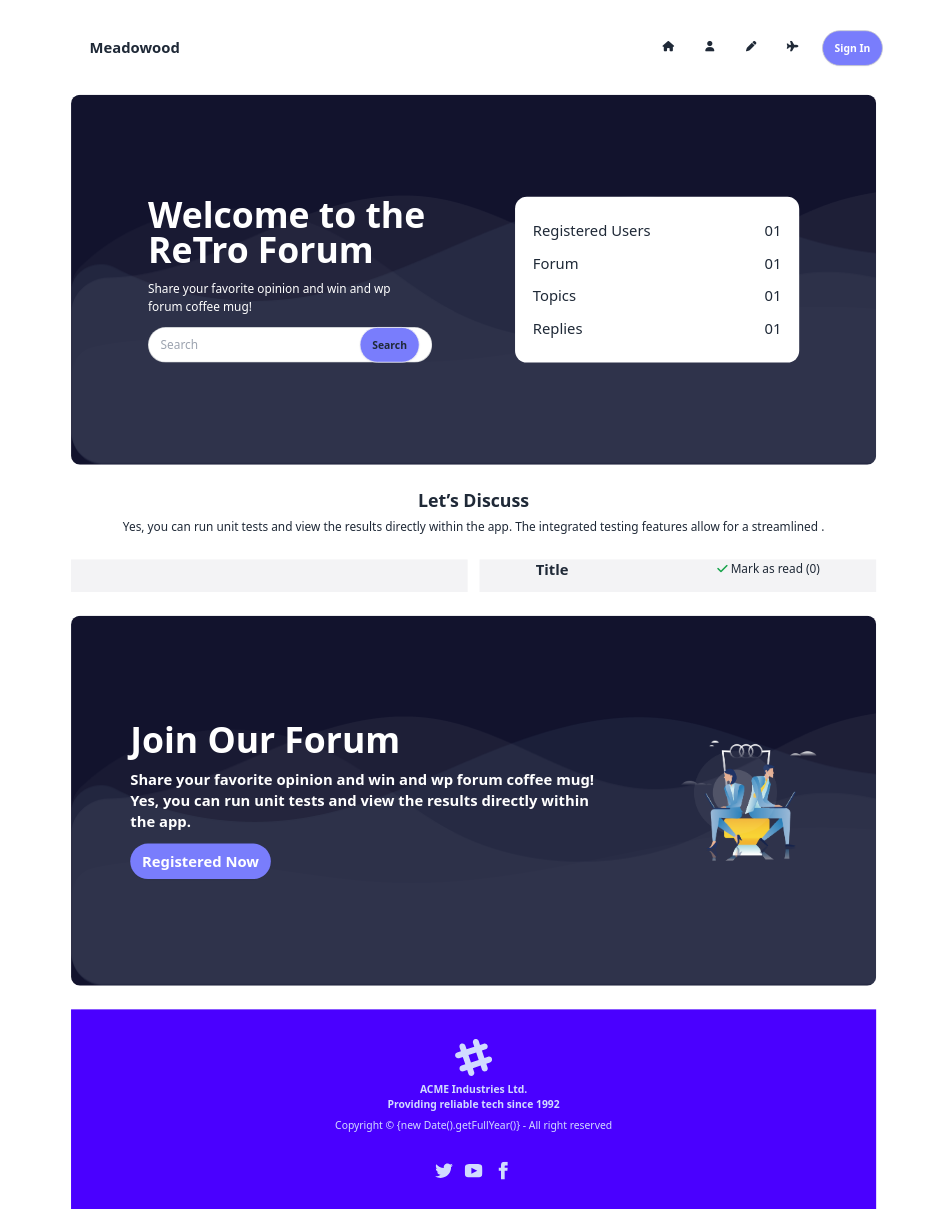
Repository: RudrasahaDibos/Meadowood-Forum
Page: index.html
The author's editor kept a copy of each file at every save. The page is drawn from the files as they stood at one save, then again after a run of saves.
The browser window is 1280 px wide. The pictures show the whole page, at 74% of full size.
The page's requests for data from a server got no answer. Some web libraries are served in a nearby version.

Above is the page before, as saved 2024-11-25 11:09:17.

### index.html
<!DOCTYPE html>
<html lang="en">
    <head>
        <meta charset="UTF-8">
        <meta name="viewport" content="width=device-width, initial-scale=1.0">
        <title>Meadowood Forum</title>

        <!-- tailwind  -->
        <link
            href="https://cdn.jsdelivr.net/npm/daisyui@4.12.14/dist/full.min.css"
            rel="stylesheet" type="text/css" />
        <script src="https://cdn.tailwindcss.com"></script>

        <!-- font awesome  -->
        <link rel="stylesheet"
            href="https://cdnjs.cloudflare.com/ajax/libs/font-awesome/6.7.1/css/all.min.css"
            integrity="sha512-5Hs3dF2AEPkpNAR7UiOHba+lRSJNeM2ECkwxUIxC1Q/FLycGTbNapWXB4tP889k5T5Ju8fs4b1P5z/iB4nMfSQ=="
            crossorigin="anonymous" referrerpolicy="no-referrer" />

    </head>
    <body class="container mx-auto lg:px-24 px-8">
        <!-- header is start here  -->
        <header class="mt-8">
            <!-- navbar is start here  -->
            <div class="navbar bg-base-100">
                <div class="flex-1">
                    <a class="btn btn-ghost text-xl">Meadowood</a>
                </div>
                <div class="flex-none">
                    <div class="dropdown dropdown-end mr-6">
                        <div role="button"
                            class="btn btn-ghost btn-circle flex w-full  ">
                            <div
                                class="indicator rounded-full border-1 h-8 w-8 mr-4 tooltip"
                                data-tip="home">
                                <i
                                    class="fa-solid fa-house h-5 w-5 mx-auto mt-2"></i>
                            </div>
                            <div
                                class="indicator rounded-full border-1 h-8 w-8 mr-4 tooltip"
                                data-tip="User">
                                <i
                                    class="fa-solid fa-user h-5 w-5 mx-auto mt-2"></i>
                            </div>
                            <div
                                class="indicator rounded-full border-1 h-8 w-8 mr-4 tooltip"
                                data-tip="pen">
                                <i
                                    class="fa-solid fa-pen h-5 w-5 mx-auto mt-2"></i>
                            </div>
                            <div
                                class="indicator rounded-full border-1 h-8 w-8 mr-4 tooltip"
                                data-tip="flight">
                                <i
                                    class="fa-solid fa-plane h-5 w-5 mx-auto mt-2"></i>
                            </div>
                        </div>

                    </div>
                    <div class="dropdown dropdown-end">
                        <div tabindex="0" role="button"
                            class="btn btn-ghost btn-circle avatar">

                            <button
                                class="btn btn-active bg-[#797DFC] text-white rounded-full ">Sign
                                In</button>

                        </div>
                        <ul
                            tabindex="0"
                            class="menu menu-sm dropdown-content bg-base-100 rounded-box z-[1] mt-3 w-52 p-2 shadow">
                            <li>
                                <a class="justify-between">
                                    Profile
                                    <span class="badge">New</span>
                                </a>
                            </li>
                            <li><a>Settings</a></li>
                            <li><a>Logout</a></li>
                        </ul>
                    </div>
                </div>
            </div>
            <!-- navbar is  end here  -->

            <!-- bannner start here  -->
            <div
                class="lg:w-full w-[450px] relative bg-no-repeat bg-cover h-[500px] z-0 rounded-xl overflow-hidden mt-8 bg-[#12132D]"
                style="background-image: url('/images/bgbanner.png');">
                <div
                    class="relative top-0 left-0 w-full h-full z-10  flex lg:flex-row flex-col justify-center items-center gap-28 ">

                    <div class="lg:space-y-4 space-y-2 lg:mt-0 mt-20">
                        <h2
                            class="lg:text-5xl text-xl font-extrabold font-manrope text-white">Welcome
                            to the <br> ReTro Forum</h2>
                        <p class="text-white">Share your favorite opinion and
                            win and wp <br> forum coffee mug!</p>
                        <label
                            class="input input-bordered flex items-center gap-2 w-96 rounded-full">
                            <input type="text" class="grow"
                                placeholder="Search" />
                            <button
                                class="btn bg-[#797DFC] rounded-full">Search</button>
                        </label>
                    </div>

                    <div
                        class="menu bg-[#FFFFFF] rounded-box w-96 h-56 lg:mb-0 mb-20">
                        <div class="p-4 space-y-4 mt-2 ">

                            <div class="flex justify-between"><a
                                    class="text-xl ">Registered Users</a><a
                                    class="text-xl ">01</a></div>
                            <div class="flex justify-between"><a
                                    class="text-xl ">Forum</a><a
                                    class="text-xl">01</a></div>
                            <div class="flex justify-between"><a
                                    class="text-xl ">Topics</a><a
                                    class="text-xl">01</a></div>
                            <div class="flex justify-between"><a
                                    class="text-xl ">Replies</a><a
                                    class="text-xl ">01</a></div>
                        </div>
                    </div>

                </div>
            </div>
            <!-- bannner end here  -->

        </header>
        <!-- header is end here  -->

        <!-- main is start here  -->
        <main class="">
            <!-- Let’s Discuss  starts here  -->
           <div class="ml-4 lg:ml-0">
            <h1 class="text-2xl text-center font-semibold mt-8">Let’s Discuss</h1>
            <p class="text-center mx-auto mt-2 ">Yes, you can run unit tests and view the results directly within
                the app. The integrated testing features allow for a streamlined
                .</p>
           </div>
            <!-- Let’s Discuss start here -->
            <section class="mt-8">
                <!-- card start here -->
                    <div class="flex gap-4 flex-col lg:flex-row  ">
                        <div  id="card-conatiner" class="space-y-4 bg-[#F3F3F5] lg:w-full  w-[450px]  ">


                        </div>

                        <!-- card ends here -->

                        <div class="space-y-4 bg-[#F3F3F5] lg:w-full w-96 flex flex-col  items-center ">
                             <div class="flex gap-4 justify-between w-96">
                                <p class="text-xl font-bold">Title</p>
                                <p ><i class="fa-solid fa-check text-green-600"></i> Mark as read (<span id="mark-read">0</span>)</p>
                             </div>
                            <div id="secondcard-container" class="space-y-4 bg-[#F3F3F5] lg:w-full  w-[450px] ">


                                 <div>

                                 </div>


                              </div>


                        </div>
                    </div>
                    <!-- card end here -->
            </section>

                 <!-- resgistart start here  -->
                       <section class="mt-8">
                        <div
                        class="lg:w-full w-[450px] relative bg-no-repeat bg-cover h-[500px] z-0 rounded-xl overflow-hidden mt-8 bg-[#12132D] p-20"
                        style="background-image: url('/images/bgbanner.png');">
                        <div
                            class="relative top-0 left-0 w-full h-full z-10  flex lg:flex-row flex-col justify-center items-center gap-28 ">

                            <div class="lg:space-y-4 space-y-2 lg:mt-0 mt-24">
                                <h2
                                    class="lg:text-5xl text-xl font-extrabold font-manrope text-white">Join Our Forum</h2>
                                <p class="text-white text-xl font-bold ">Share your favorite opinion and win and wp forum coffee mug! Yes, you can  run unit tests and view the results directly within the app. </p>


                                    <button
                                        class="btn bg-[#797DFC] rounded-full text-white border-none  mx-auto text-xl ">Registered Now</button>

                            </div>

                            <div
                                class="">
                                 <img src="images/joinforum.png" alt="">
                            </div>

                        </div>
                    </div>
                       </section>

                 <!-- registart end here -->

                <!-- latest card  startt here -->
                 <section class="mt-8">

                  <div id="latest-card" class="grid lg:grid-cols-3 grid-cols-1">

                  </div>
                 </section>

                <!-- latest crd end here -->


        </main>
        <!-- main is end here  -->

        <!-- footer is start here  -->
        <footer class="footer footer-center bg-primary text-primary-content p-10">
            <aside>
              <svg
                width="50"
                height="50"
                viewBox="0 0 24 24"
                xmlns="http://www.w3.org/2000/svg"
                fill-rule="evenodd"
                clip-rule="evenodd"
                class="inline-block fill-current">
                <path
                  d="M22.672 15.226l-2.432.811.841 2.515c.33 1.019-.209 2.127-1.23 2.456-1.15.325-2.148-.321-2.463-1.226l-.84-2.518-5.013 1.677.84 2.517c.391 1.203-.434 2.542-1.831 2.542-.88 0-1.601-.564-1.86-1.314l-.842-2.516-2.431.809c-1.135.328-2.145-.317-2.463-1.229-.329-1.018.211-2.127 1.231-2.456l2.432-.809-1.621-4.823-2.432.808c-1.355.384-2.558-.59-2.558-1.839 0-.817.509-1.582 1.327-1.846l2.433-.809-.842-2.515c-.33-1.02.211-2.129 1.232-2.458 1.02-.329 2.13.209 2.461 1.229l.842 2.515 5.011-1.677-.839-2.517c-.403-1.238.484-2.553 1.843-2.553.819 0 1.585.509 1.85 1.326l.841 2.517 2.431-.81c1.02-.33 2.131.211 2.461 1.229.332 1.018-.21 2.126-1.23 2.456l-2.433.809 1.622 4.823 2.433-.809c1.242-.401 2.557.484 2.557 1.838 0 .819-.51 1.583-1.328 1.847m-8.992-6.428l-5.01 1.675 1.619 4.828 5.011-1.674-1.62-4.829z"></path>
              </svg>
              <p class="font-bold">
                ACME Industries Ltd.
                <br />
                Providing reliable tech since 1992
              </p>
              <p>Copyright © {new Date().getFullYear()} - All right reserved</p>
            </aside>
            <nav>
              <div class="grid grid-flow-col gap-4">
                <a>
                  <svg
                    xmlns="http://www.w3.org/2000/svg"
                    width="24"
                    height="24"
                    viewBox="0 0 24 24"
                    class="fill-current">
                    <path
                      d="M24 4.557c-.883.392-1.832.656-2.828.775 1.017-.609 1.798-1.574 2.165-2.724-.951.564-2.005.974-3.127 1.195-.897-.957-2.178-1.555-3.594-1.555-3.179 0-5.515 2.966-4.797 6.045-4.091-.205-7.719-2.165-10.148-5.144-1.29 2.213-.669 5.108 1.523 6.574-.806-.026-1.566-.247-2.229-.616-.054 2.281 1.581 4.415 3.949 4.89-.693.188-1.452.232-2.224.084.626 1.956 2.444 3.379 4.6 3.419-2.07 1.623-4.678 2.348-7.29 2.04 2.179 1.397 4.768 2.212 7.548 2.212 9.142 0 14.307-7.721 13.995-14.646.962-.695 1.797-1.562 2.457-2.549z"></path>
                  </svg>
                </a>
                <a>
                  <svg
                    xmlns="http://www.w3.org/2000/svg"
                    width="24"
                    height="24"
                    viewBox="0 0 24 24"
                    class="fill-current">
                    <path
                      d="M19.615 3.184c-3.604-.246-11.631-.245-15.23 0-3.897.266-4.356 2.62-4.385 8.816.029 6.185.484 8.549 4.385 8.816 3.6.245 11.626.246 15.23 0 3.897-.266 4.356-2.62 4.385-8.816-.029-6.185-.484-8.549-4.385-8.816zm-10.615 12.816v-8l8 3.993-8 4.007z"></path>
                  </svg>
                </a>
                <a>
                  <svg
                    xmlns="http://www.w3.org/2000/svg"
                    width="24"
                    height="24"
                    viewBox="0 0 24 24"
                    class="fill-current">
                    <path
                      d="M9 8h-3v4h3v12h5v-12h3.642l.358-4h-4v-1.667c0-.955.192-1.333 1.115-1.333h2.885v-5h-3.808c-3.596 0-5.192 1.583-5.192 4.615v3.385z"></path>
                  </svg>
                </a>
              </div>
            </nav>
          </footer>
        <!-- footer is end here  -->
         <script src="app.js"></script>
    </body>
</html>

### app.js
const loadforum = async() =>{
    const res = await fetch('https://openapi.programming-hero.com/api/retro-forum/posts')
    const data =await res.json()
    const CardContainer = document.getElementById('card-conatiner')

    data.posts.forEach(items => {
        console.log(items)
         const div = document.createElement('div')
         div.classList = `card card-side bg-base-100 shadow-xl`
         div.innerHTML =`
                                         <div class="avatar indicator">

                                           <span class="indicator-item ml-16 mt-4  indicator-start badge badge-secondary">${items.isActive === false}</span>
                                        <div class="lg:h-20 lg:ml-2 lg:mt-3 lg:w-full lg:mx-auto lg:rounded-3xl rounded-full h-20 ">
                                          <img
                                            alt="Tailwind CSS examples"
                                            src="${items.image}" />
                                        </div>
                                      </div>

                                <div class="card-body">
                                    <div class="flex justify-between">
                                        <p>#${items.category}</p>
                                        <p>Author : ${items.author.name}</p>
                                    </div>
                                  <h2 class="card-title">${items.title}</h2>
                                  <p>${items.description}</p>
                                   <p class="border-2 border-dotted "></p>
                                    <div class="flex justify-between">
                                        <div class="flex gap-4 ">
                                       <p class="flex justify-center items-center gap-2"><i class="fa-regular fa-message"></i>${items.comment_count}</p>
                                        <p class="flex justify-center items-center gap-2"><i class="fa-regular fa-eye"></i>${items.posted_time}</p>
                                        <p class="flex justify-center items-center gap-2"><i class="fa-regular fa-compass"></i>${items.view_count}</p>
                                        </div>
                                        <div class=" bg-green-600 h-10 w-10 rounded-full">
                                        <button onClick="handledetails('${items.title}','${items.view_count}')"><i class="fa-solid fa-envelope text-white flex justify-center items-center ml-3 mt-3"></i> </button>

                                        </div>
                                    </div>

                                </div>


         `
         CardContainer.appendChild(div)
    });
}

  const handledetails = async(title,view_count) =>{
    const Cart = getValueElementById('mark-read')
    const totalCart = Cart +1
    setInnerText('mark-read',totalCart)


    const secondcard = document.getElementById('secondcard-container')
        const div = document.createElement('div')
        div.classList = `card  bg-base-100 shadow-xl`
        div.innerHTML = `


                                <div class="card-body flex mx-auto justify-between">
                                   <div>
                                      <h2 class="">${title}</h2>
                                 </div>
                                    <div>
                                        <p class=""><i class="fa-regular fa-eye">${view_count}</i></p>
                                 </div>


                                </div>

        `
        secondcard.appendChild(div)


  }


  function setInnerText(id,value){
    document.getElementById(id).innerText = value
  }

  function getValueElementById(id){
    const getvalueText = document.getElementById(id).innerText
    const getValueint = parseInt(getvalueText)
    return getValueint
   }
   const loadletest = async() =>{
       const res = await fetch(' https://openapi.programming-hero.com/api/retro-forum/latest-posts')
       const data = await res.json()

       const latestCard = document.getElementById('latest-card')
       data.forEach(items => {
        console.log(items)
          const div = document.createElement('div')
          div.classList =`card bg-base-100 w-96 shadow-xl`
          div.innerHTML=`
                             <figure class="px-10 pt-10">
                            <img
                              src="${items.cover_image}"
                              alt=""
                              class="rounded-xl" />
                          </figure>

                          <div class="card-body ">
                          <h2 class="flex items-center  gap-4"><i class="fa-solid fa-calendar-days"></i>${items.author.posted_date || 'No publish date'}</h2>
                            <h2 class="card-title">${items.title}</h2>
                            <p>${items.description}</p>
                            <div class="navbar bg-base-100">

                    <div class="flex-none gap-2">
                        <div class="dropdown dropdown-end">
                            <div tabindex="0" role="button" class="btn btn-ghost btn-circle avatar">
                              <div class="w-10 rounded-full">
                                <img
                                  alt="Tailwind CSS Navbar component"
                                  src="${items.profile_image}" />
                              </div>
                            </div>

                          </div>

                           <div class="">
                              <h2 class="text-2xl text-black font-bold">${items.author.name}</h2>
                              <span>${items.author.designation || "Unknown"}</span>
                           </div>

                    </div>
                  </div>
                          </div>
          `
          latestCard.appendChild(div)
       });
   }


loadforum()
loadletest()

After the next 3 saves:
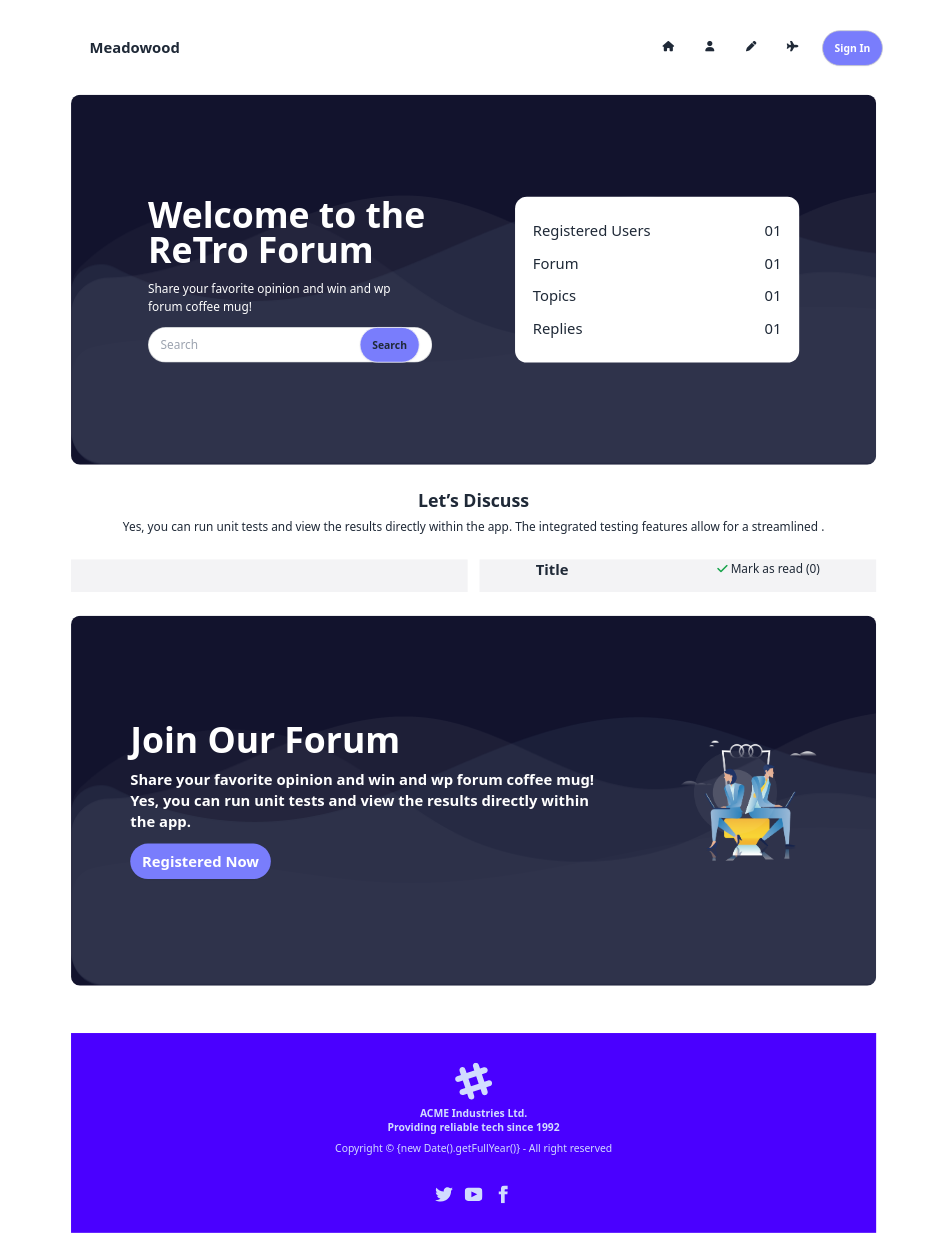
The 3 saves are shown as one change because they came seconds apart.
The last was saved 7 s later.
--- a/index.html
+++ b/index.html
@@ -217,7 +217,7 @@
         <!-- main is end here  -->
 
         <!-- footer is start here  -->
-        <footer class="footer footer-center bg-primary text-primary-content p-10">
+        <footer class="footer footer-center bg-primary text-primary-content p-10 mt-8">
             <aside>
               <svg
                 width="50"
